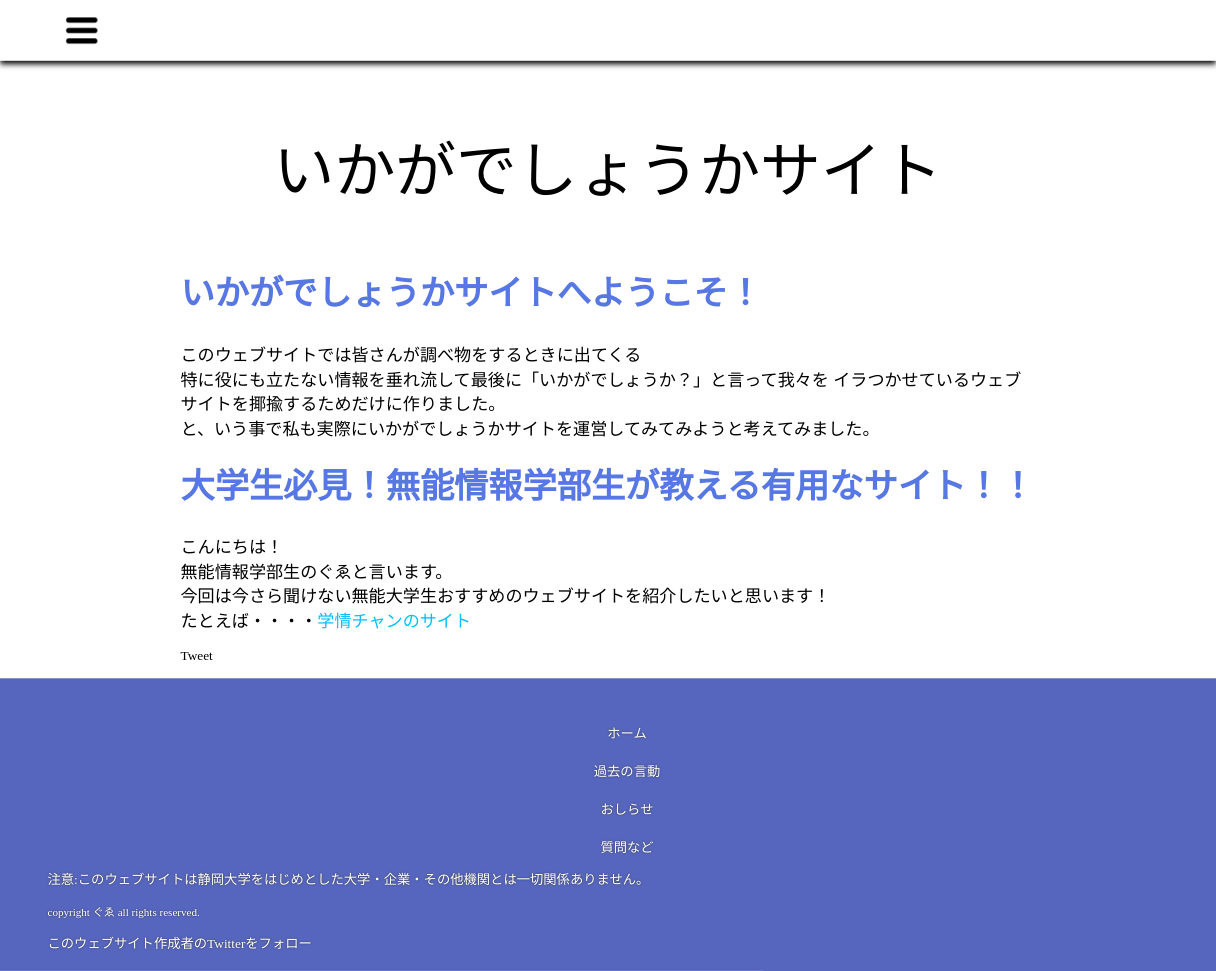
Repository: ghevp/ikagadeshoka
Page: http://localhost/index.php?page=home
These files come from the project's save history. The page is drawn as it stood at one moment and after the next save; the edit follows.
The browser window is 1280 px wide. The pictures show the whole page, at 95% of full size.
Some web fonts or font styles are not loaded; a fallback is used. The page is run by PHP 8.4 with error messages shown; the project is at /var/www/html/.

Above is the page before, as saved 2022-06-23 13:06:40.

After the next save:
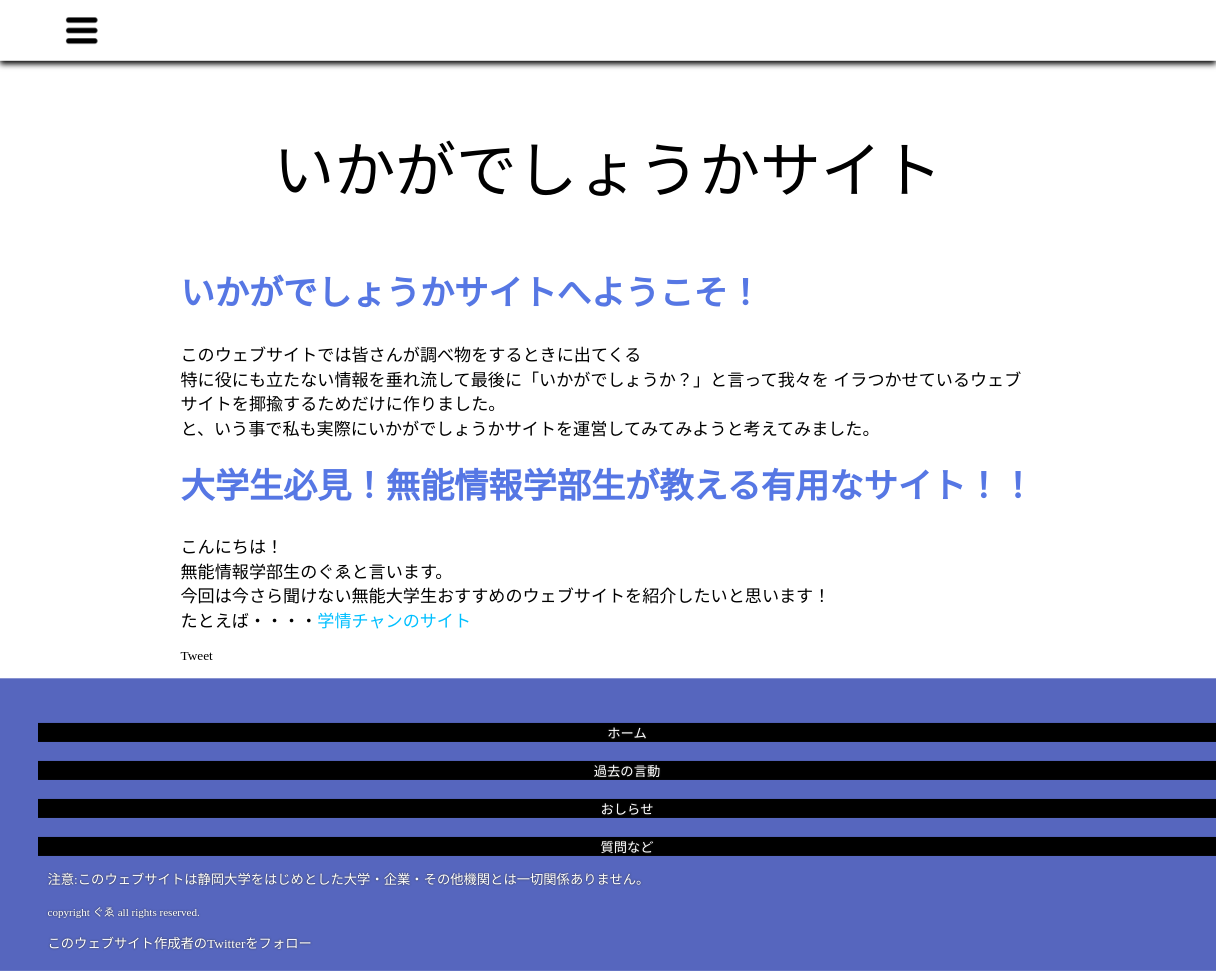
Saved 5 s later.
--- a/css/style.css
+++ b/css/style.css
@@ -102,7 +102,7 @@ a{
 
 .site-menu li{
     margin-top: 20px;
-    background-color: ;
+    background-color: #000;
 }
 .header{
     position: relative;
